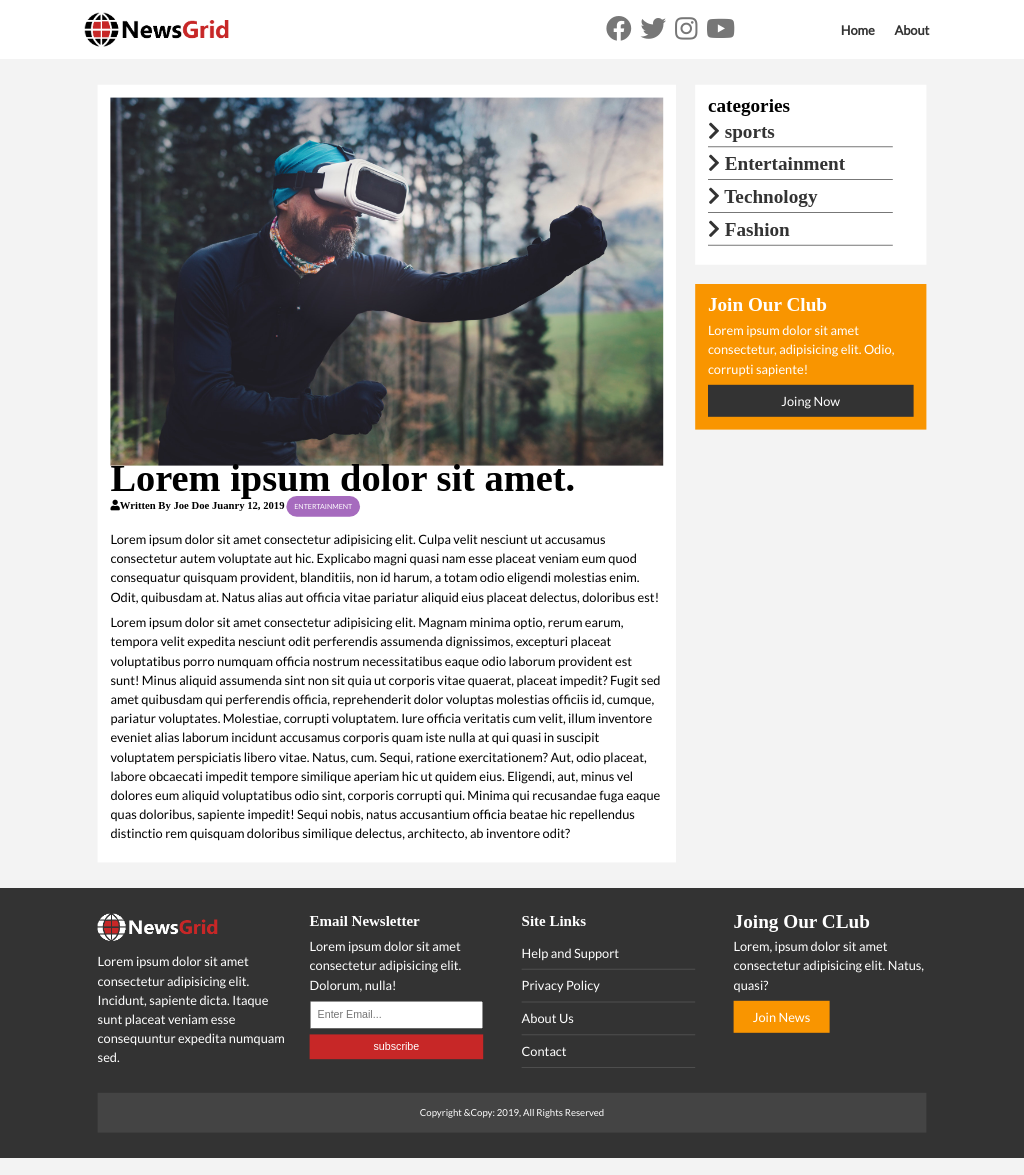
Repository: EswinGiova/NewsGrid
Page: article.html
An editor plug-in stored every save of this project. The page is shown before and after the next save, followed by the edit.
The browser window is 1280 px wide. The pictures show the whole page, at 80% of full size.
Some web libraries are served in a nearby version.

Above is the page before, as saved 2020-09-20 19:35:47.

After the next save:
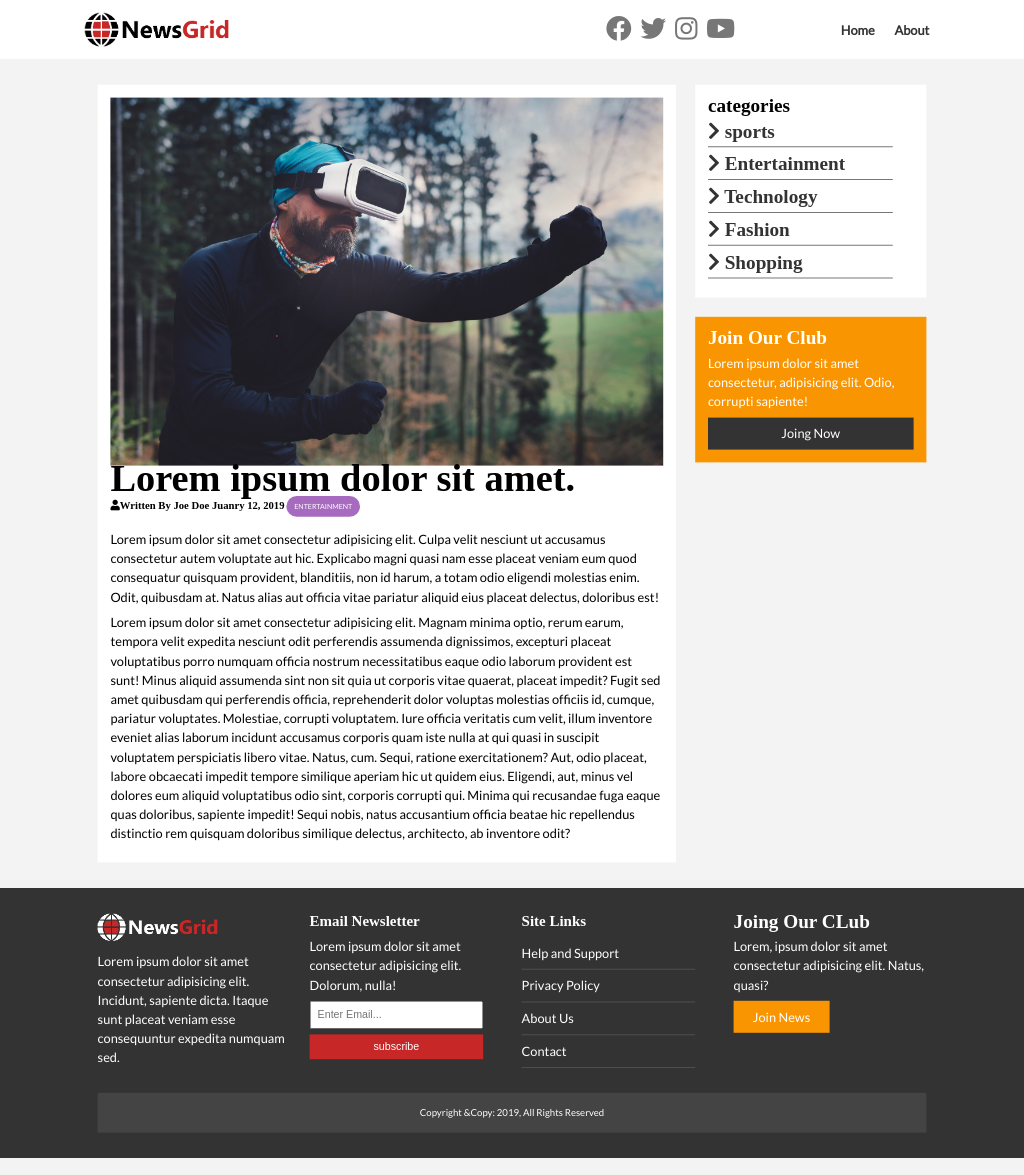
Saved 21 s later.
--- a/article.html
+++ b/article.html
@@ -103,6 +103,9 @@
                 <li>
                   <a href="#"><i class="fas fa-chevron-right"></i> Fashion </a>
                 </li>
+                <li>
+                  <a href="#"><i class="fas fa-chevron-right"></i> Shopping </a>
+                </li>
               </ul>
             </h2>
           </aside>
